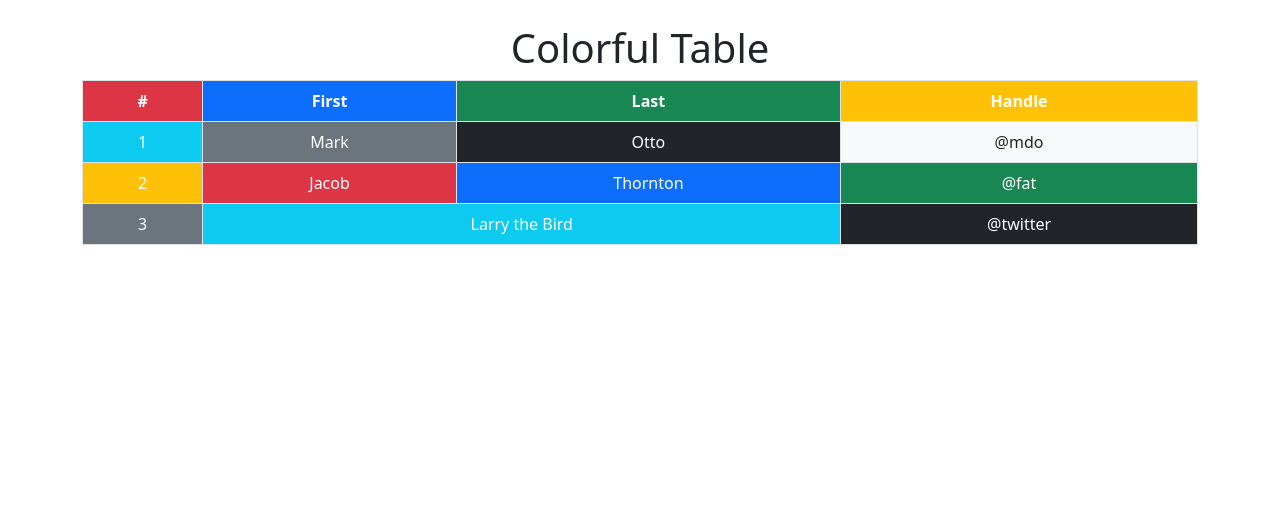
Repository: arunyerram/Web-TEChnologies
Page: BootstrapTables.html
An editor plug-in stored every save of this project. The page is shown before and after the next save, followed by the edit.
The browser window is 1280 px wide. The pictures show the whole page.

Above is the page before, as saved 2025-02-21 12:15:04.

After the next save:
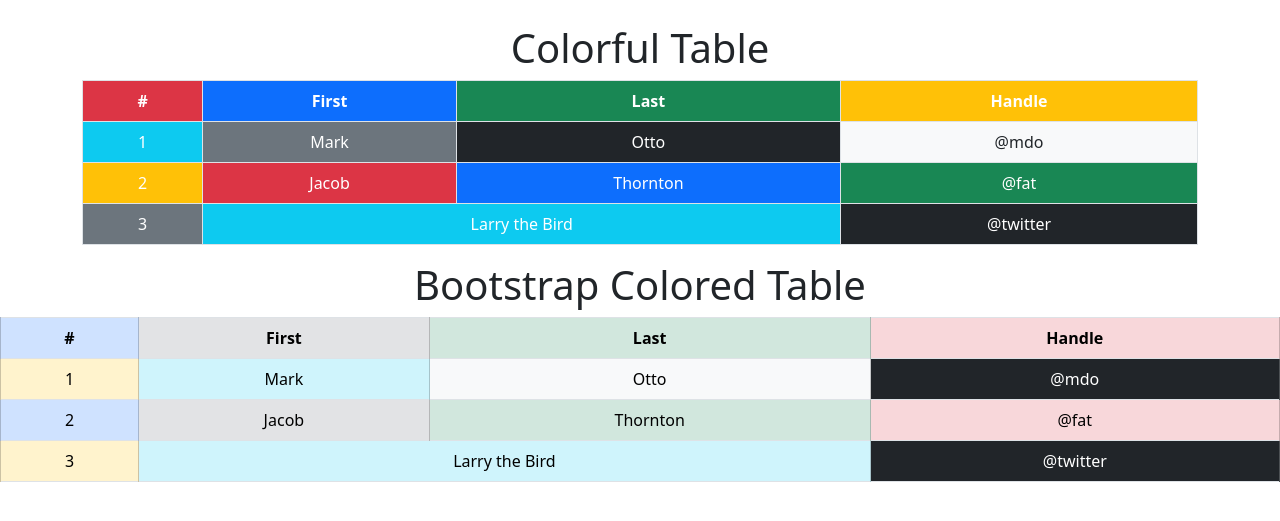
Saved 65 s later.
--- a/BootstrapTables.html
+++ b/BootstrapTables.html
@@ -53,5 +53,37 @@
             </tbody>
         </table>
     </div>
+
+
+    <h1 class="text-center">Bootstrap Colored Table</h1>
+        <table class="table table-bordered">
+            <thead>
+                <tr>
+                    <th class="table-primary">#</th>
+                    <th class="table-secondary">First</th>
+                    <th class="table-success">Last</th>
+                    <th class="table-danger">Handle</th>
+                </tr>
+            </thead>
+            <tbody>
+                <tr>
+                    <td class="table-warning">1</td>
+                    <td class="table-info">Mark</td>
+                    <td class="table-light">Otto</td>
+                    <td class="table-dark text-white">@mdo</td>
+                </tr>
+                <tr>
+                    <td class="table-primary">2</td>
+                    <td class="table-secondary">Jacob</td>
+                    <td class="table-success">Thornton</td>
+                    <td class="table-danger">@fat</td>
+                </tr>
+                <tr>
+                    <td class="table-warning">3</td>
+                    <td class="table-info" colspan="2">Larry the Bird</td>
+                    <td class="table-dark text-white">@twitter</td>
+                </tr>
+            </tbody>
+        </table>
 </body>
 </html>
